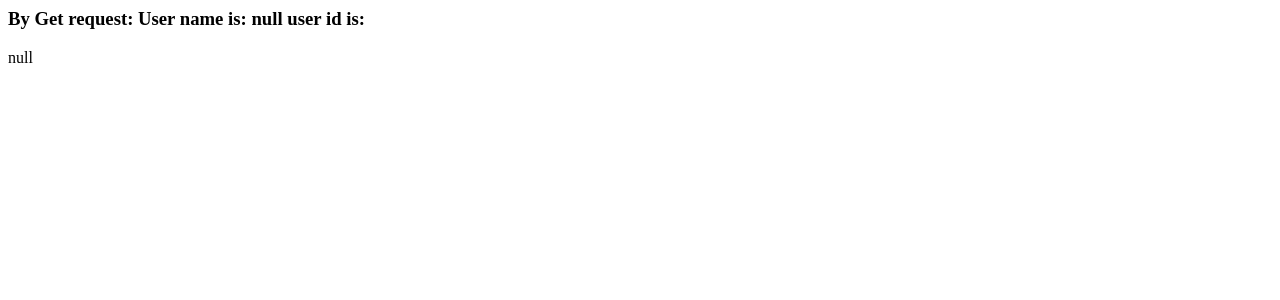
Repository: somakbha/CodeBackUP
Page: http://localhost/SimpleServletProject/PassParameter
An editor plug-in stored every save of this project. The page is shown before and after a run of saves, followed by the edit.
The browser window is 1280 px wide. The pictures show the whole page.
The page is served by Tomcat 9.

Above is the page before, as saved 2019-06-15 09:29:05.

After the next 2 saves:
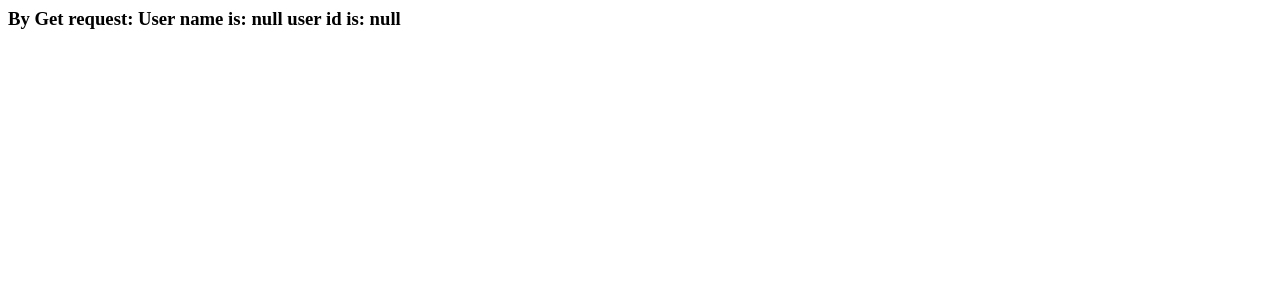
The 2 saves are shown as one change because 1 did not build or start.
The last was saved 115 s later.
--- a/JSP-Servlet-by-java-brains/SimpleServletProject/src/org/somak/javabrains/PassParameter.java
+++ b/JSP-Servlet-by-java-brains/SimpleServletProject/src/org/somak/javabrains/PassParameter.java
@@ -33,7 +33,7 @@ public class PassParameter extends HttpServlet {
 
 		PrintWriter out=response.getWriter();
 		response.setContentType("text/html");
-		out.println("<h3>By Get request: User name is: "+UserName+" user id is: </h3>"+uid);
+		out.println("<h3>By Get request: User name is: "+UserName+" user id is: "+uid+"</h3>");
 	}
 
 	/**
